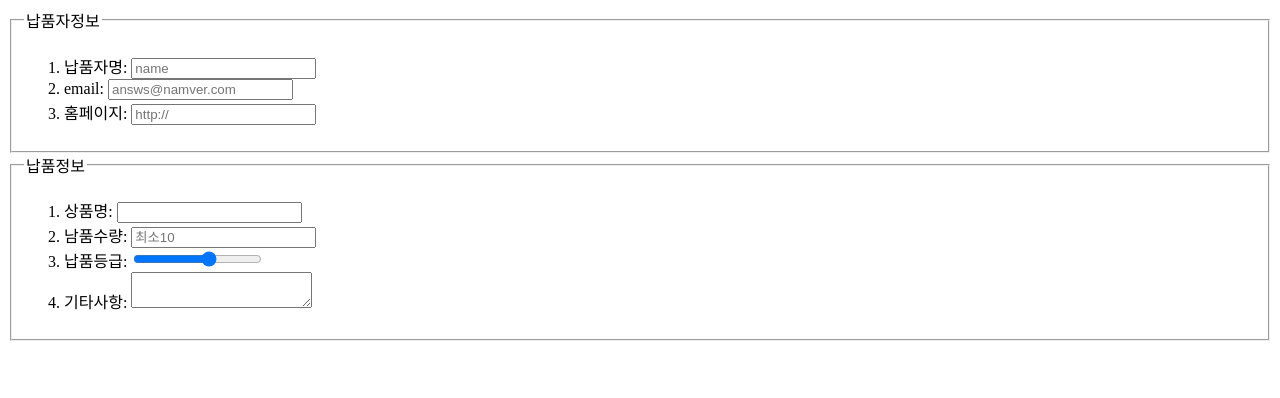
Repository: giwon8701/Qclass_KH
Page: Workspace_Java/testWebProject/WebContent/resources/views/test/productForm.html
An editor plug-in stored every save of this project. The page is shown before and after the next save, followed by the edit.
The browser window is 1280 px wide. The pictures show the whole page.

Above is the page before, as saved 2021-01-11 01:19:45.

### Workspace_Java/testWebProject/WebContent/resources/views/test/productForm.html
<!doctype html>
<html lang="ko">
<head>
<meta charset="UTF-8">
</head>

<body>
<form = "/testw/product" method="post">
	<fieldset>
		<legend>납품자정보</legend>
		<ol>
			<li>
			<label for="supplier_name">납품자명:</label>
			<input type="text" id="supplier_name" placeholder="name" autocomplete="on" required>
			</li>

			<li>
			<label for="email">email:</label>
			<input type="text" id="email" placeholder="answs@namver.com" autocomplete="on" required>
			</li>

			<li>
			<label for="homepage">홈페이지:</label>
			<input type="text" id="homepage" placeholder="http://" autocomplete="on" required>
			</li>
		</ol>
	</fieldset>

	<fieldset>
		<legend>납품정보</legend>
		<ol>
			<li>
			<label for="pruduct_name">상품명:</label>
			<input type="text" id="pruduct_name" autocomplete="on" required>
			</li>

			<li>
			<label for="qty">남품수량:</label>
			<input type="text" id="qty" min=10 placeholder="최소10" autocomplete="on" required>
			</li>

			<li>
			<label for="grade">납품등급:</label>
			<input type="range" id="grade" min="0" max="10" step="2" placeholder="http://" autocomplete="on" required>
			</li>

			<li>
			<label for="etc">기타사항:</label>
			<textarea id="etc" placeholder="" autocomplete="on" required></textarea>
			</li>
		</ol>
	</fieldset>
</form>
</body>
</html>

After the next save:
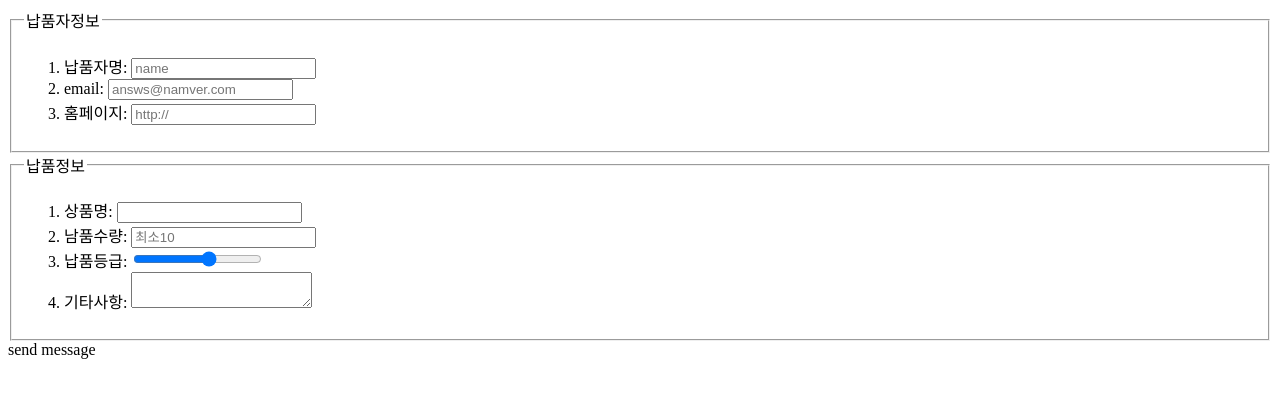
Saved 15 s later.
--- a/Workspace_Java/testWebProject/WebContent/resources/views/test/productForm.html
+++ b/Workspace_Java/testWebProject/WebContent/resources/views/test/productForm.html
@@ -50,6 +50,8 @@
 			</li>
 		</ol>
 	</fieldset>
+
+	<submit>send message</submit>
 </form>
 </body>
 </html>
